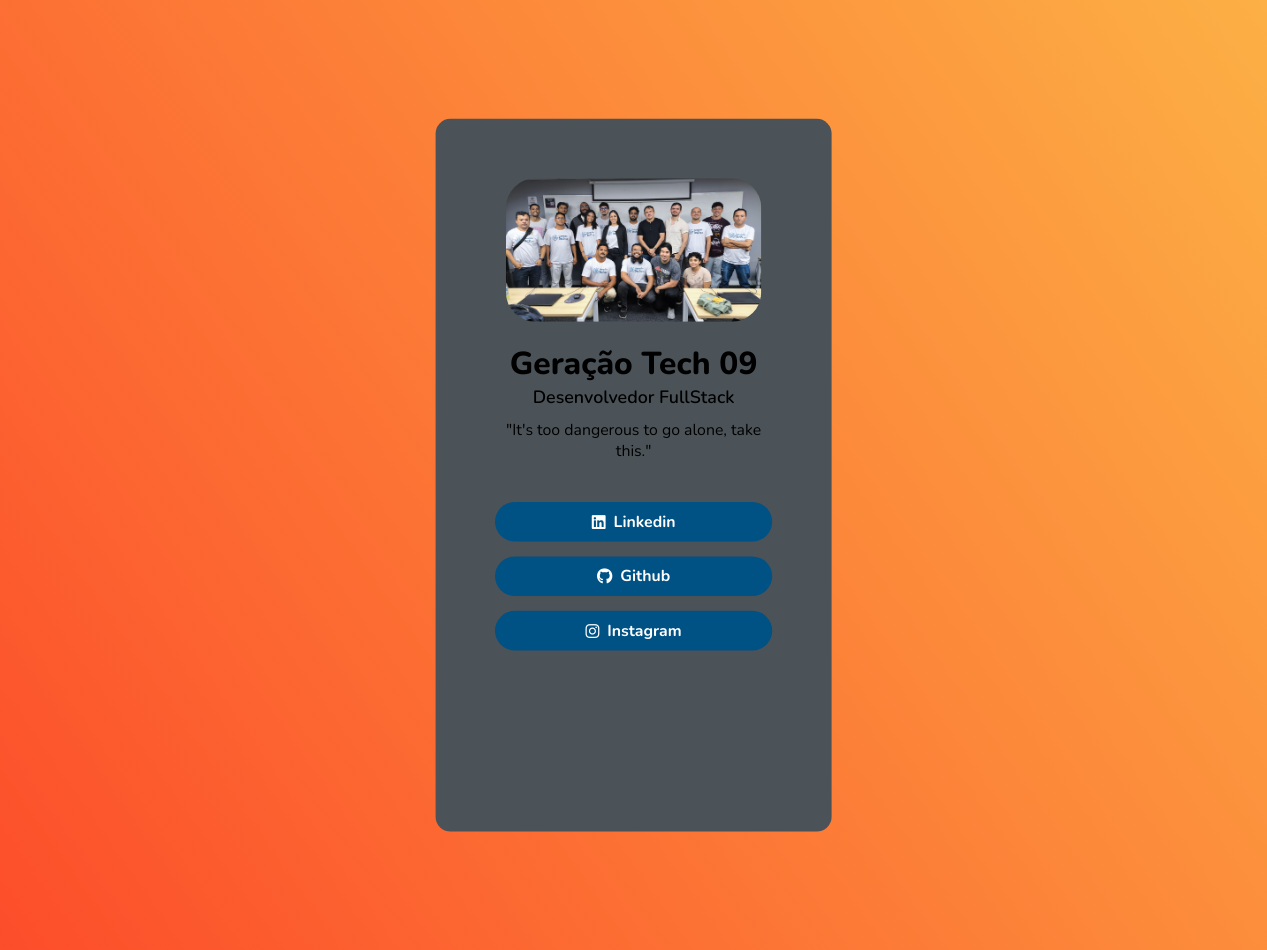
Repository: geracao-09/linktree-gt9
Page: index.html
These files come from the project's save history. The page is drawn as it stood at one moment and after a run of saves; the edit follows.
The browser window is 1280 px wide. The pictures show the whole page, at 99% of full size.

Above is the page before, as saved 2025-04-11 11:45:38.

### index.html
<!DOCTYPE html>
<html lang="pt-br">
  <head>
    <meta charset="UTF-8" />
    <meta name="viewport" content="width=device-width, initial-scale=1.0" />
    <title>Linktree do GT09</title>
    <link rel="stylesheet" href="./css/style.css" />
    <link rel="preconnect" href="https://fonts.googleapis.com" />
    <link rel="preconnect" href="https://fonts.gstatic.com" crossorigin />
    <link href="https://fonts.googleapis.com/css2?family=Nunito:ital,wght@0,200..1000;1,200..1000&display=swap" rel="stylesheet" />
    <link rel="stylesheet" href="https://cdnjs.cloudflare.com/ajax/libs/font-awesome/6.5.0/css/all.min.css">
  </head>
  <body>
    <div class="container-main">
      <div class="container-image">
        <img src="./assets/image-profile.jpg" alt="Foto dos top 25 geracao tech" />
      </div>
      <div class="container-infos">
        <h1>Geração Tech 09</h1>
        <h2>Desenvolvedor FullStack</h2>
      </div>
      <div class="container-easter-egg">
        <p>"It's too dangerous to go alone, take this."</p>
      </div>
      <div class="container-social">
        <ul>
          <a href="https://www.linkedin.com/in/cesar-hideki-nagano-326b75115/" target="_blank">
            <li>
              <i class="fa-brands fa-linkedin"></i>
              <p>Linkedin</p>
            </li>
          </a>
          <a href="https://github.com/geracao-09" target="_blank">
            <li>
              <i class="fa-brands fa-github"></i>
              <p>Github</p>
            </li>
          </a>
          <a href="https://www.instagram.com/hidekina/" target="_blank">
            <li>
              <i class="fa-brands fa-instagram"></i>
              <p>Instagram</p>
            </li>
          </a>
        </ul>
      </div>
    </div>
  </body>
</html>

### css/style.css
@import url("./effects.css");

* {
  font-family: "Nunito", sans-serif;
  margin: 0;
  padding: 0;
  box-sizing: border-box;
}

body {
  background: linear-gradient(55deg, rgba(131, 58, 180, 1) 0%, rgba(253, 29, 29, 1) 50%, rgba(252, 176, 69, 1) 100%);
  animation: gradientShift 10s ease infinite;
  background-size: 400%;
}

.container-main {
  background-color: #4b5358;
  width: 400px;
  height: 720px;
  box-sizing: border-box;
  margin: 120px auto;
  padding: 60px;
  border-radius: 15px;
  text-align: center;
}

.container-image img {
  width: 258px;
  border-radius: 30px;
}

.container-infos {
  margin-top: 15px;
  margin-bottom: 10px;
}

.container-infos h1 {
  font-weight: 800;
}

.container-infos h2 {
  font-weight: 600;
  font-size: 18px;
}
.container-social ul {
  list-style-type: none;
  display: flex;
  flex-direction: column;
  gap: 15px;
}

.container-social a {
  text-decoration: none;
  color: white;
}

.container-social {
  margin-top: 40px;
}

.container-social li {
  display: flex;
  justify-content: center;
  gap: 8px;
  align-items: center;
  width: 280px;
  height: 40px;
  background-color: #005184;
  border-radius: 20px;
  font-weight: 700;
  transition-duration: 0.6s;

  &:hover {
    background-color: rgb(0, 0, 0);
    transform: scale(1.1);
  }
}

### css/effects.css
@keyframes gradientShift {
    0% { background-position: 0% 50%; }
    50% { background-position: 100% 50%; }
    100% { background-position: 0% 50%; }
  }

After the next 2 saves:
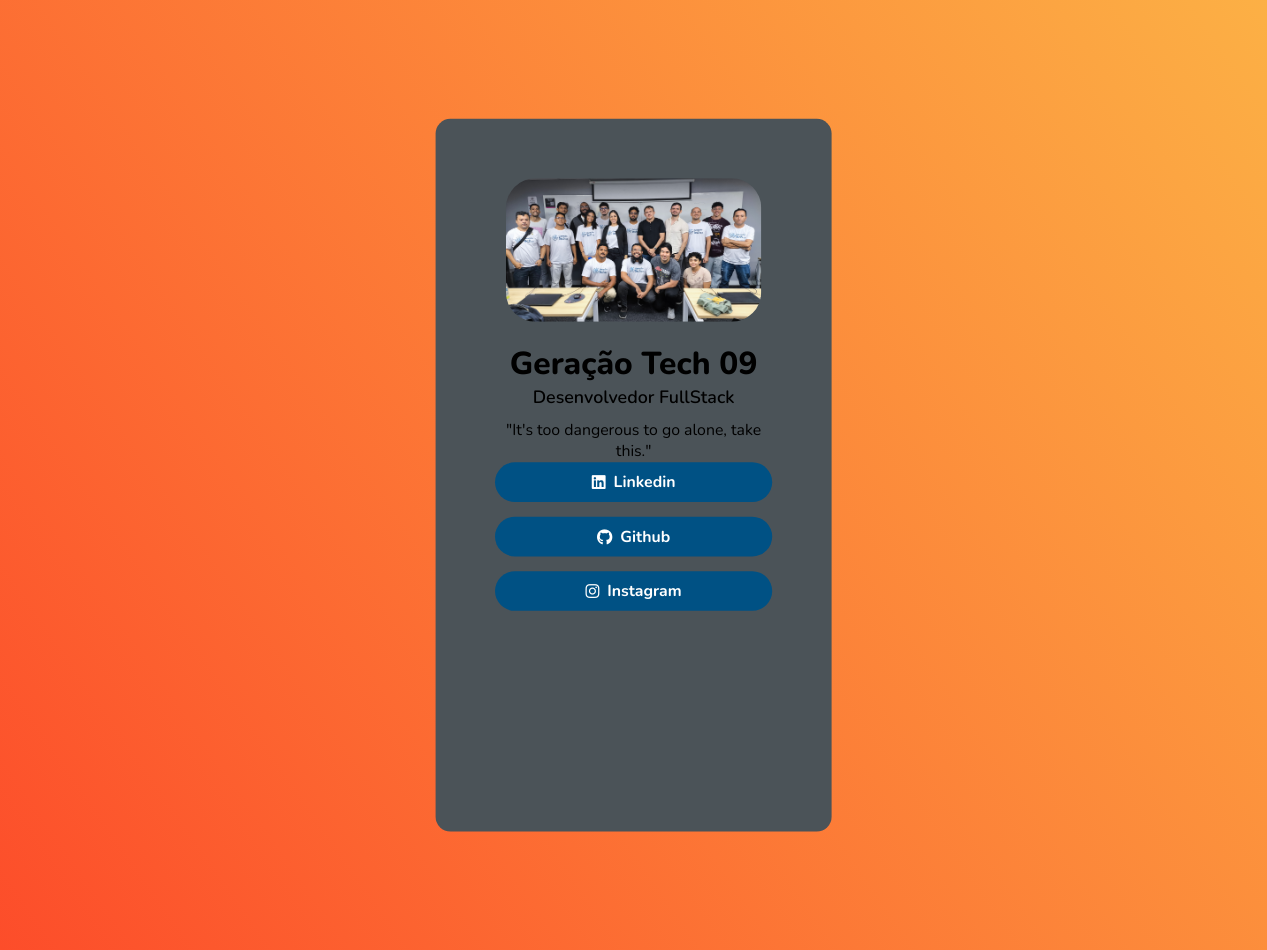
The 2 saves are shown as one change because they came seconds apart.
The last was saved 36 s later.
--- a/css/style.css
+++ b/css/style.css
@@ -54,10 +54,6 @@ body {
   color: white;
 }
 
-.container-social {
-  margin-top: 40px;
-}
-
 .container-social li {
   display: flex;
   justify-content: center;

After the 2 saves that followed:
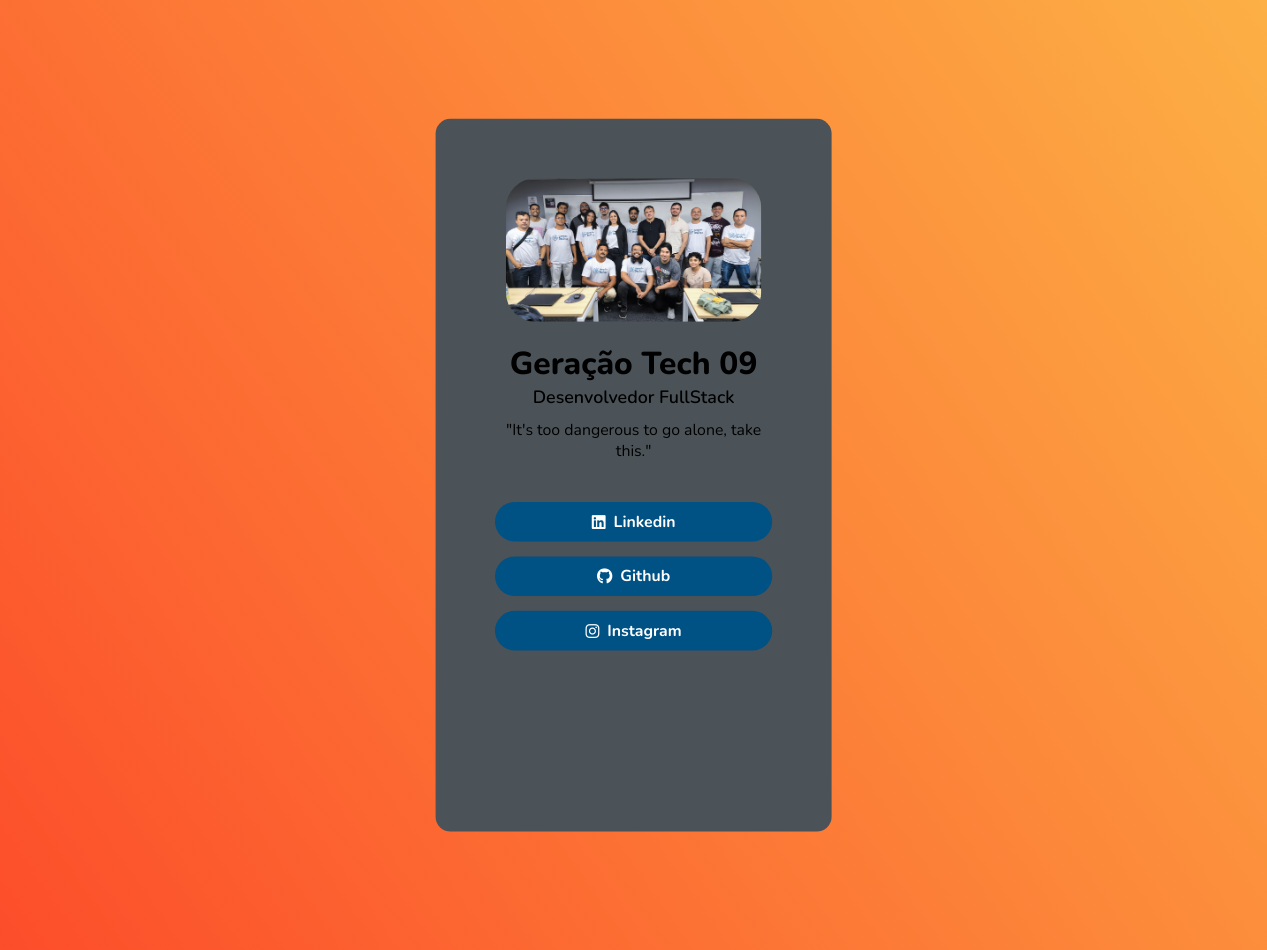
The 2 saves are shown as one change because they came seconds apart.
The last was saved 6 s later.
--- a/css/style.css
+++ b/css/style.css
@@ -42,6 +42,11 @@ body {
   font-weight: 600;
   font-size: 18px;
 }
+
+.container-social {
+  margin-top: 40px;
+}
+
 .container-social ul {
   list-style-type: none;
   display: flex;
